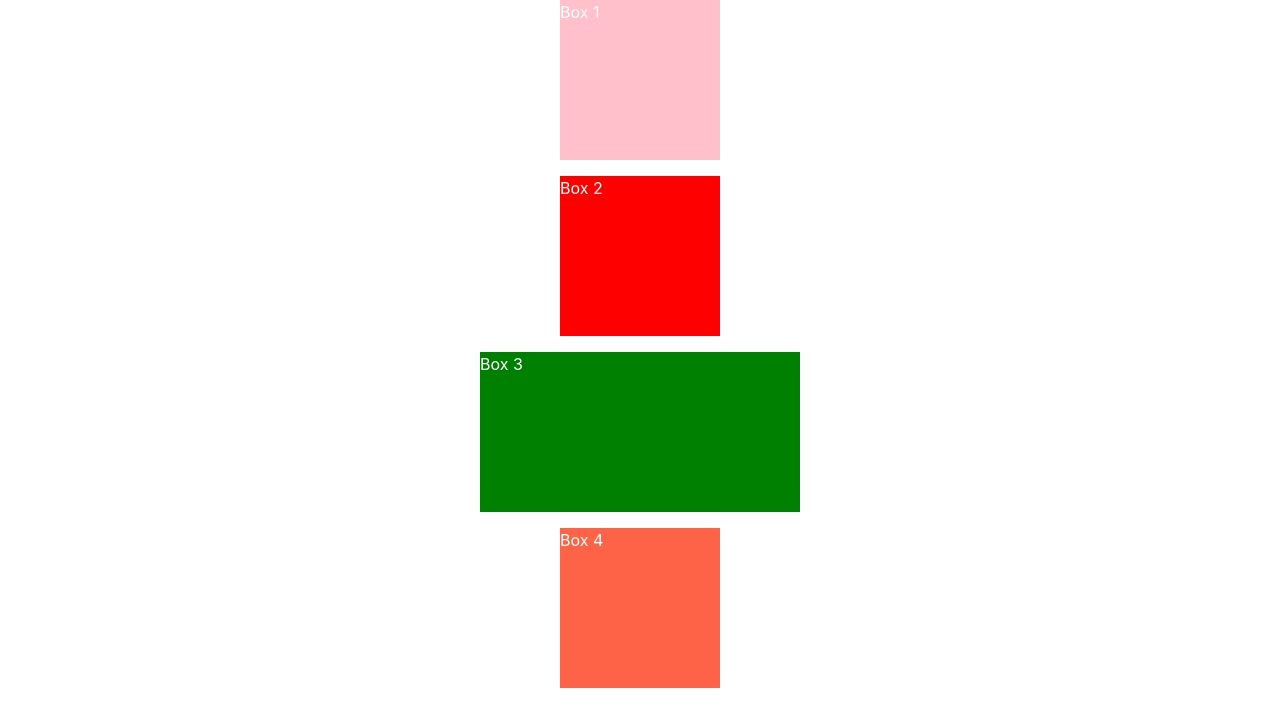
Repository: noutijo/learn-in-depth-chakra-ui
Page: /
These files come from the project's save history. The page is drawn as it stood at one moment and after the next save; the edit follows.
The browser window is 1280 px wide. The pictures show the whole page.
The project was rebuilt for these pictures with package versions that can differ from the ones it lists, and the page was loaded fresh each time. Also part of the build but not shown: vite.config.ts.

Above is the page before, as saved 2023-01-30 13:55:51.

After the next save:
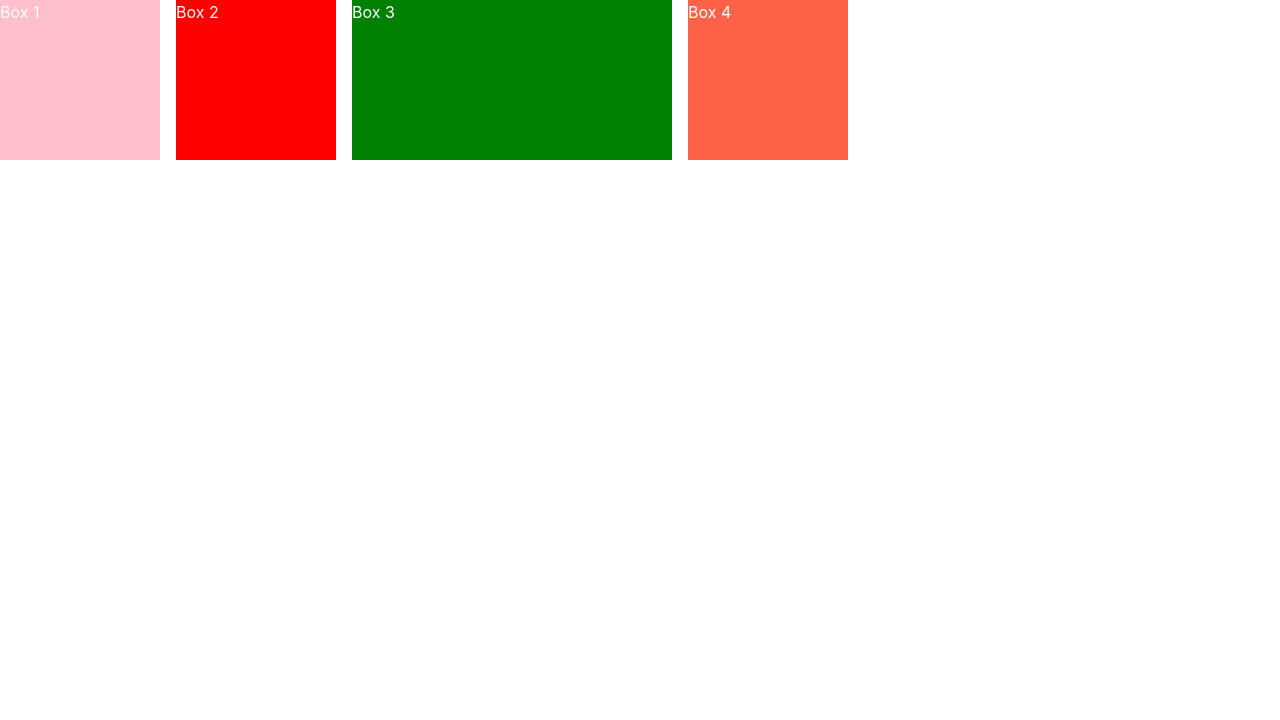
Saved 7 s later.
--- a/src/App.tsx
+++ b/src/App.tsx
@@ -4,7 +4,7 @@ import { Box, Flex, Stack, VStack, HStack } from "@chakra-ui/react";
 function App() {
   return (
     <div className="App">
-      <VStack spacing="1rem">
+      <HStack spacing="1rem">
         <Box bg="pink" w="10rem" h="10rem" color="white">
           Box 1
         </Box>
@@ -17,7 +17,7 @@ function App() {
         <Box bg="tomato" w="10rem" h="10rem" color="white">
           Box 4
         </Box>
-      </VStack>
+      </HStack>
     </div>
   );
 }
